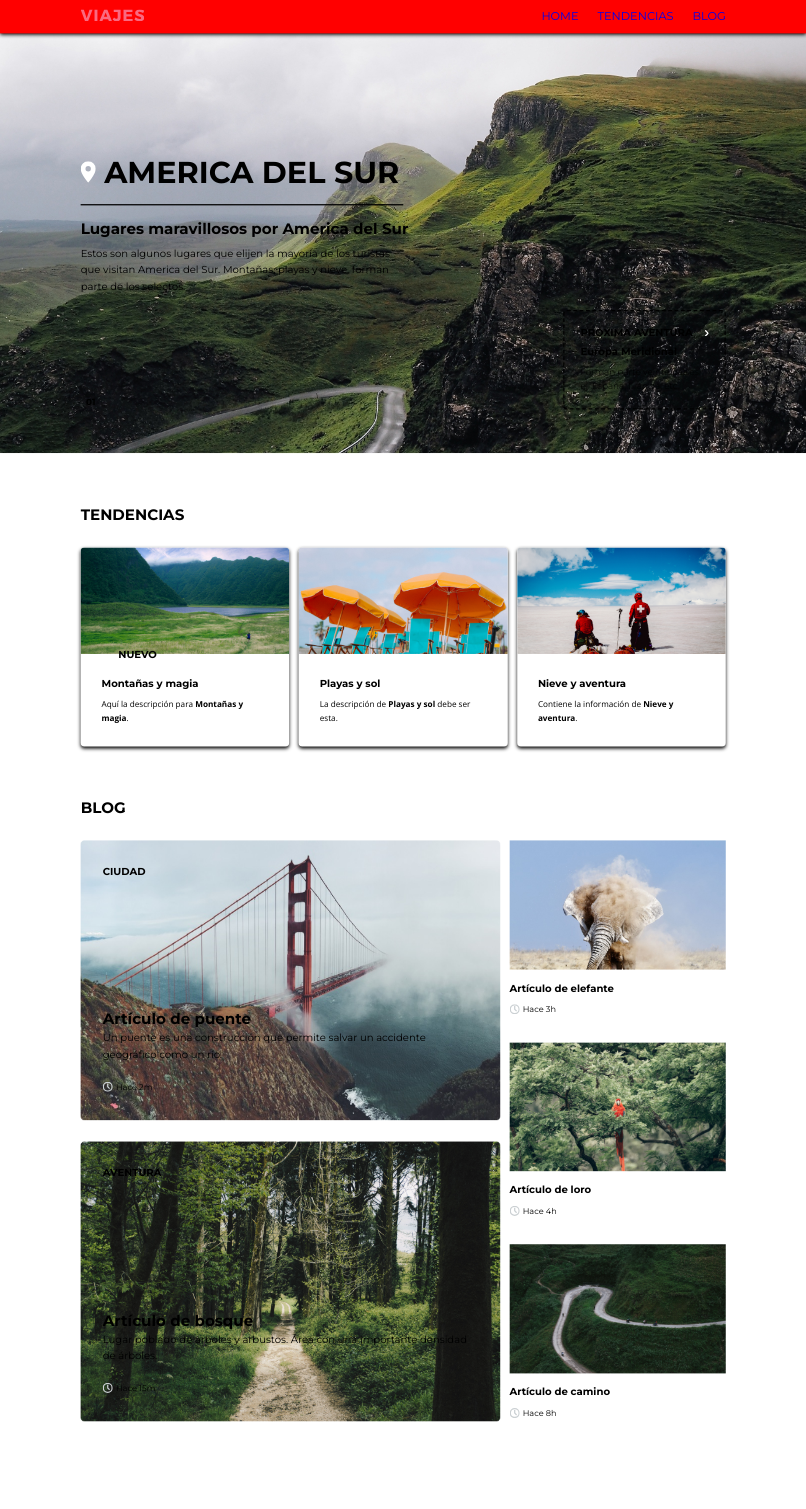
Repository: agustin-mesa/viajes
Page: /
These files come from the project's save history. The page is drawn as it stood at one moment and after the next save; the edit follows.
The browser window is 1280 px wide. The pictures show the whole page, at 63% of full size.
The project was rebuilt for these pictures with package versions that can differ from the ones it lists, and the page was loaded fresh each time. Also part of the build but not shown: src/components/styles/colors.module.scss.

Above is the page before, as saved 2021-11-14 02:12:19.

### public/index.html
<!DOCTYPE html>
<html lang="es">
  <head>
    <meta name="author" content="Mauro Agustín Mesa" />
    <meta charset="utf-8" />
    <meta name="viewport" content="width=device-width, initial-scale=1" />
    <meta name="theme-color" content="#000000" />
    <meta
      name="description"
      content="Web site created using create-react-app"
    />
    <title>React App</title>
  </head>
  <body>
    <noscript>You need to enable JavaScript to run this app.</noscript>
    <div id="root"></div>
  </body>
</html>

### src/index.js
import React from "react";
import ReactDOM from "react-dom";
import App from "./App";
import "./index.css";

const Index = () => {
  return <App />;
};

ReactDOM.render(<Index />, document.getElementById("root"));

### src/App.js
import React from "react";
import Header from "./components/Header";
import Home from "./pages/Home";
import Tendencias from "./pages/Tendencias";
import Blog from "./pages/Blog";
import Footer from "./components/Footer";

const App = () => {
  return (
    <>
      <Header />
      <Home />
      <Tendencias />
      <Blog />
      <Footer />
    </>
  );
};

export default App;

### src/index.css
@import url("https://fonts.googleapis.com/css2?family=Montserrat:wght@100;200;300;400;500;600;700&display=swap");
@import url("https://fonts.googleapis.com/css2?family=Montserrat:wght@100;200;300;400;500;600;700&family=Open+Sans:wght@400;500;600;700&display=swap");

* {
  margin: 0;
  padding: 0;
  list-style: none;
  text-decoration: none;
  border: none;
  outline: none;
  scroll-behavior: smooth;
}

body {
  margin: 0;
  -webkit-font-smoothing: antialiased;
  -moz-osx-font-smoothing: grayscale;
  font-family: "Montserrat", "Open Sans", sans-serif;
}

code {
  font-family: source-code-pro, Menlo, Monaco, Consolas, "Courier New",
    monospace;
}

@media only screen and (max-width: 800px) {
  #root {
    font-size: 14px;
  }
}

### src/components/Header.js
import React, { useState } from "react";
import { useMediaQuery } from "react-responsive";
import styled, { keyframes } from "styled-components";

// Colors
import * as colors from "./styles/colors.module.scss";

// LOGO
import logo from "../Assets/logo/logo_01.svg";

// Iconos
import icHamburguer from "../Assets/iconos/hamburguer_menu.svg";
import icTimesExit from "../Assets/iconos/times_exit.svg";

const Header = () => {
  const [hamburguerMenu, changeHamburguerMenu] = useState(false);

  const isTabletOrMobile = useMediaQuery({ query: "(max-width: 764px)" });

  return (
    <ContainerHeader>
      <nav>
        <div className="nav__logo">
          <a href="#home">
            <img src={logo} alt="Viajes" />
          </a>
        </div>

        <div className="nav__menu">
          {isTabletOrMobile && (
            <img
              src={!hamburguerMenu ? icHamburguer : icTimesExit}
              alt=""
              onClick={() => changeHamburguerMenu(!hamburguerMenu)}
            />
          )}
          {hamburguerMenu && (
            <div
              className="bgAction"
              onClick={() => changeHamburguerMenu(!hamburguerMenu)}
            ></div>
          )}

          <ul
            className={`nav__list ${
              isTabletOrMobile && `${!hamburguerMenu && "off"}`
            }`}
          >
            <li>
              <a href="#home">HOME</a>
            </li>
            <li>
              <a href="#tendencias">TENDENCIAS</a>
            </li>
            <li>
              <a href="#blog">BLOG</a>
            </li>
          </ul>
        </div>
      </nav>
    </ContainerHeader>
  );
};

const showMenu = keyframes`
  0%{
    opacity: 0;
  }
  100%{
    opacity:1;
  }
`;

const ContainerHeader = styled.header`
  position: fixed;
  top: 0;
  left: 0;
  right: 0;
  z-index: 999;
  background: red;
  background: ${colors.white};
  box-shadow: 0px 3px 6px ${colors.blackOpac};
  nav {
    display: flex;
    flex-direction: row;
    justify-content: space-between;
    align-items: center;
    padding: 15px 10%;
  }
  .header__logo a img {
    width: 100px;
  }
  .nav__list {
    display: flex;
    flex-direction: row;
    justify-content: flex-end;
    align-items: center;
  }
  .nav__list li a {
    padding: 15px 15px;
    font: normal normal normal 1.125em/13px Montserrat;
    color: ${colors.blueRelax};
    transition: all 0.2s ease;
  }
  .nav__list li a:hover {
    color: ${colors.darkblue};
  }
  .nav__list li:last-child a {
    padding: 15px 0 15px 15px;
  }

  @media only screen and (max-width: 768px) {
    nav .nav__logo a img {
      width: 80px;
    }
    .nav__menu img {
      position: fixed;
      top: 15px;
      right: 10%;
      z-index: 999;
    }
    .nav__menu .bgAction {
      position: fixed;
      top: 0;
      bottom: 0;
      left: 0;
      right: 0;
      background: ${colors.darkblueOpac};
      animation: ${showMenu} 0.5s ease;
    }
    .nav__list {
      position: fixed;
      top: 0;
      bottom: 0;
      right: 0;
      width: 60%;
      background: ${colors.white};
      flex-direction: column;
      justify-content: flex-start;
      animation: ${showMenu} 0.5s ease;
      align-items: flex-start;
      padding: 70px 0 0;
    }
    .nav__list li {
      padding: 10px;
      width: 100%;
    }
    .nav__list li a {
      padding: 10px;
      color: ${colors.darkblue};
      font: normal normal normal 1.2em/13px Montserrat;
    }
    .nav__list li:last-child a {
      padding: 10px;
    }
    .off {
      display: none;
    }
  }
`;

export default Header;

### src/pages/Home.js
import React from "react";
import styled from "styled-components";

import * as colors from "../components/styles/colors.module.scss";

// IMG
import viajesHero from "../Assets/img/Viajes_Hero.jpg";
import icPin from "../Assets/iconos/ic_pin.svg";
import icArrow from "../Assets/iconos/arrow.svg";

// Importo etiquetas default con estilos propios
import { Parrafo, Span, H3, H5 } from "../components/styles/stylesDefault";

const Home = () => {
  return (
    <ContainerHome id="home">
      <HeroWrapper>
        <div className="hero__title">
          <h1>
            <img src={icPin} alt="Pin" /> AMERICA DEL SUR
          </h1>
          <hr />
          <H3 color="white">Lugares maravillosos por America del Sur</H3>
          <Parrafo>
            Estos son algunos lugares que elijen la mayoría de los turistas que
            visitan America del Sur. Montañas, playas y nieve, forman parte de
            los selectos.
          </Parrafo>
        </div>
        <div className="hero__info">
          <H5>
            PRÓXIMA AVENTURA <img src={icArrow} alt="Arrow" />
          </H5>
          <Span color="white">Europa Meridional</Span>
          <p>
            Forman parte veinte países. <br />
            ej. España, Francia, etc.
          </p>
        </div>
      </HeroWrapper>
      <div className="slider">
        <span>01</span>
      </div>
    </ContainerHome>
  );
};

const ContainerHome = styled.div`
  width: 100%;
  height: 100vh;
  background-image: url(${viajesHero});
  background-size: cover;
  background-position: center;

  .slider {
    position: absolute;
    width: 13%;
    bottom: 60px;
    display: flex;
    align-items: center;
    justify-content: flex-end;
    z-index: 1;
    span {
      display: flex;
      align-items: center;
      justify-content: center;
      width: 45px;
      height: 45px;
      background: ${colors.white};
      border-radius: 50px;
      font: normal normal bold 0.875em/22px Montserrat;
    }
    span::after {
      content: "";
      position: absolute;
      width: 70px;
      height: 70px;
      background: ${colors.whiteOpac};
      border-radius: 50px;
      z-index: -2;
    }
    span::before {
      content: "";
      position: absolute;
      left: 0;
      width: 100%;
      height: 5px;
      background: ${colors.pink};
      z-index: -1;
    }
  }
  @media only screen and (max-width: 920px) {
    .slider {
      width: 20%;
    }
  }
  @media only screen and (max-width: 480px) {
    .slider span {
      width: 35px;
      height: 35px;
    }
    .slider span::after {
      width: 50px;
      height: 50px;
    }
  }
`;

const HeroWrapper = styled.div`
  position: absolute;
  top: 0;
  bottom: 0;
  left: 10%;
  right: 10%;
  display: flex;
  align-items: center;

  .hero__title {
    display: flex;
    align-items: flex-start;
    justify-content: center;
    flex-direction: column;
    color: ${colors.white};

    h1 {
      font: normal normal bold 3em/42px Montserrat;
    }
    hr {
      width: 50%;
      border-bottom: 2px solid ${colors.white};
      margin: 30px 0 20px;
      background: ${colors.white};
    }
  }

  .hero__info {
    position: absolute;
    right: 0;
    bottom: 70px;
    background: ${colors.darkblueOpac} 0% 0% no-repeat padding-box;
    border: 2px dashed ${colors.whiteOpac};
    border-radius: 6px;
    padding: 25px;

    p {
      font: normal normal 300 0.875em/22px Montserrat;
      color: ${colors.white};
      margin: 10px 0 0;
    }
  }

  @media only screen and (max-width: 800px) {
    .hero__info {
      display: none;
    }
    .hero__title p {
      width: 80%;
    }
    .hero__title hr {
      width: 85%;
    }
  }
  @media only screen and (max-width: 650px) {
    .hero__info,
    .hero__title p {
      display: none;
    }
    .hero__title hr {
      width: 85%;
    }
  }
  @media only screen and (max-width: 580px) {
    .hero__title h1 {
      font: normal normal bold 1.7em/42px Montserrat;
    }
    .hero__title h1 img {
      width: 12px;
    }
    .hero__title h3 {
      font: normal normal bold 1.4em/34px Montserrat;
    }
    .hero__title hr {
      width: 100%;
      margin: 15px 0 20px;
    }
  }
`;

export default Home;

### src/pages/Tendencias.js
import React from "react";
import styled from "styled-components";

// Colors
import * as colors from "../components/styles/colors.module.scss";

// IMG
import card01 from "../Assets/img/card_01.png";
import card02 from "../Assets/img/card_02.png";
import card03 from "../Assets/img/card_03.png";

// Importo etiquetas default con estilos propios
import { H3 } from "../components/styles/stylesDefault";

// Components
import TendenciaItem from "../components/TendenciaItem";

const Tendencias = () => {
  // Simulo una base de datos para luego imprimir cada CARD.
  // Aunque también se podría hacer manualmente usando el componente
  // TendenciaItem y usar sus props, pero la manera más eficiente es el de
  // simular una base de datos; tranquilamente se muestra cada CARD con tan solo
  // agregar un objeto más dentro del array.
  const tendencias = [
    {
      src: card01,
      isNew: true,
      titulo: "Montañas y magia",
      descripcion: (
        <>
          Aquí la descripción para <b>Montañas y magia</b>.
        </>
      ),
    },
    {
      src: card02,
      isNew: false,
      titulo: "Playas y sol",
      descripcion: (
        <>
          La descripción de <b>Playas y sol</b> debe ser esta.
        </>
      ),
    },
    {
      src: card03,
      isNew: false,
      titulo: "Nieve y aventura",
      descripcion: (
        <>
          Contiene la información de <b>Nieve y aventura</b>.
        </>
      ),
    },
  ];

  return (
    <ContainerTendencias id="tendencias">
      <div className="tendencias">
        <div className="tendencias__header">
          <H3 color="darkblue">TENDENCIAS</H3>
        </div>
        <div className="tendencias__body">
          {tendencias.map((tendencia, i) => {
            return (
              <TendenciaItem
                src={tendencia.src}
                nuevo={tendencia.isNew}
                titulo={tendencia.titulo}
                descripcion={tendencia.descripcion}
                key={i}
              />
            );
          })}
        </div>
      </div>
    </ContainerTendencias>
  );
};

const ContainerTendencias = styled.section`
  padding: 80px 10%;
  background: ${colors.grey};

  .tendencias__body {
    display: grid;
    grid-template-columns: repeat(3, 1fr);
    grid-template-rows: auto;
    row-gap: 40px;
    -moz-column-gap: 15px;
    column-gap: 15px;

    margin: 35px 0 0;

    div:last-child {
      margin: 0;
    }
  }
  .tendencias__header {
    width: 100%;
  }

  @media only screen and (max-width: 800px) {
    .tendencias__body {
      grid-template-columns: repeat(2, 1fr);
      .tendencia-item:nth-child(3) {
        display: none;
      }
    }
  }
  @media only screen and (max-width: 600px) {
    .tendencias__body {
      grid-template-columns: repeat(1, 1fr);
      .tendencia-item:nth-child(2) {
        display: none;
      }
    }
  }
`;

export default Tendencias;

### src/pages/Blog.js
import React from "react";
import styled from "styled-components";

// Colors
import * as colors from "../components/styles/colors.module.scss";

// IMG
import artBig01 from "../Assets/img/articulo_big_01.png";
import artBig02 from "../Assets/img/articulo_big_02.png";
import artSmall01 from "../Assets/img/articulo_small_01.png";
import artSmall02 from "../Assets/img/articulo_small_02.png";
import artSmall03 from "../Assets/img/articulo_small_03.png";

// Importo etiquetas default con estilos propios
import { H3 } from "../components/styles/stylesDefault";

// Components
import BigNewItem from "../components/BigNewItem";
import SmallNewItem from "../components/SmallNewItem";

const Blog = () => {
  const articulosBig = [
    {
      src: artBig01,
      tipo: "CIUDAD",
      titulo: "Artículo de puente",
      descripcion:
        "Un puente es una construcción que permite salvar un accidente geográfico como un río.",
      time: "2m",
    },
    {
      src: artBig02,
      tipo: "AVENTURA",
      titulo: "Artículo de bosque",
      descripcion:
        "Lugar poblado de árboles y arbustos. Área con una importante densidad de árboles.",
      time: "15m",
    },
  ];

  const articulosSmall = [
    {
      src: artSmall01,
      titulo: "Artículo de elefante",
      time: "3h",
    },
    {
      src: artSmall02,
      titulo: "Artículo de loro",
      time: "4h",
    },
    {
      src: artSmall03,
      titulo: "Artículo de camino",
      time: "8h",
    },
  ];

  return (
    <ContainerBlog id="blog">
      <div className="blog__header">
        <H3 color="darkblue">BLOG</H3>
      </div>
      <div className="blog__body">
        <div className="body__article">
          {articulosBig.map((articulo, i) => {
            return (
              <BigNewItem
                src={articulo.src}
                tipo={articulo.tipo}
                titulo={articulo.titulo}
                descripcion={articulo.descripcion}
                time={articulo.time}
                key={i}
              />
            );
          })}
        </div>
        <div className="body__article2">
          {articulosSmall.map((articulo, i) => {
            return (
              <SmallNewItem
                src={articulo.src}
                titulo={articulo.titulo}
                time={articulo.time}
                key={i}
              />
            );
          })}
        </div>
      </div>
    </ContainerBlog>
  );
};

const ContainerBlog = styled.section`
  position: relative;
  padding: 0 10% 40px;
  background: linear-gradient(180deg, ${colors.grey} 20%, ${colors.white} 0%);

  .blog__body {
    display: grid;
    grid-template-columns: 65% 1fr;
    grid-template-rows: auto;
    row-gap: 40px;
    -moz-column-gap: 15px;
    column-gap: 15px;
    margin: 35px 0 0;
  }
  .body__article {
    display: flex;
    flex-direction: column;
    width: 100%;
  }
  .body__article2 {
    display: grid;
    grid-template-rows: auto 1fr;
    row-gap: 40px;
  }
  article:last-child {
    margin: 0;
  }
  @media only screen and (max-width: 800px) {
    .blog__header {
      padding: 0 10%;
    }
    .blog__body {
      grid-template-columns: repeat(1, 1fr);
    }
    .body__article2 {
      display: none;
    }
  }
  @media only screen and (max-width: 600px) {
    & {
      padding: 0 0 60px;
    }
    .body__article {
      overflow: hidden;
    }
    .body__article article {
      overflow: hidden;
      height: 430px;
      display: flex;
      justify-content: center;
    }
  }
`;

export default Blog;

### src/components/Footer.js
import React from "react";
import styled from "styled-components";

// Colors
import * as colors from "../components/styles/colors.module.scss";

// IMG
import logo from "../Assets/logo/logo_02.svg";
import icFacebook from "../Assets/iconos/facebook.svg";
import icInstagram from "../Assets/iconos/instagram.svg";

const Footer = () => {
  return (
    <ContainerFooter>
      <div>
        <img src={logo} alt="Viajes" />
      </div>
      <div className="redes">
        <img src={icInstagram} alt="Instagram" />
        <img src={icFacebook} alt="Facebook" />
      </div>
    </ContainerFooter>
  );
};

const ContainerFooter = styled.footer`
  background: ${colors.darkblue};
  padding: 40px 10%;
  display: flex;
  align-items: center;
  justify-content: space-between;

  .redes img:first-child {
    margin: 0 20px;
  }
  @media only screen and (max-width: 600px) {
    & {
      padding: 30px 10%;
    }
  }
`;

export default Footer;

### src/components/styles/stylesDefault.js
import styled from "styled-components";

// Colors
import * as colors from "./colors.module.scss";

const Parrafo = styled.p`
  margin: 10px 0 0;
  font: normal normal normal 1em/26px Montserrat;
  width: 50%;
  color: ${colors.white};
`;

const H3 = styled.h3`
  font: normal normal bold 1.5em/34px Montserrat;
  color: ${(props) => {
    if (props.color === "white") return colors.white;
    if (props.color === "darkblue") return colors.darkblue;
  }};
`;

const H5 = styled.h5`
  font: normal normal bold 1em/20px Montserrat;
  color: ${colors.pink};
  margin: 0 0 10px;
  img {
    margin: 0 0 0 15px;
  }
`;

const Span = styled.span`
  font: normal normal bold 1em/20px Montserrat;
  color: ${(props) => {
    if (props.color === "white") return colors.white;
    if (props.color === "darkblue") return colors.darkblue;
  }};
`;

export { Parrafo, Span, H3, H5 };

### src/components/TendenciaItem.js
import React from "react";
import styled from "styled-components";

// Colors
import * as colors from "./styles/colors.module.scss";

import { Span } from "./styles/stylesDefault";

const TendenciaItem = ({ src, nuevo, titulo, descripcion }) => {
  return (
    <TenItem className="tendencia-item">
      <div className="tendencia-item__img">
        <img src={src} alt={titulo} />
      </div>
      <div className="tendencia-item__new">{nuevo && <span>NUEVO</span>}</div>
      <div className="tendencia-item__descrip">
        <Span color="darkblue">{titulo}</Span>
        <p>{descripcion}</p>
      </div>
    </TenItem>
  );
};

const TenItem = styled.div`
  background: ${colors.white} 0% 0% no-repeat padding-box;
  box-shadow: 0px 3px 6px ${colors.blackOpac};
  border-radius: 6px;
  margin: 0 16px 0 0;
  width: 100%;
  overflow: hidden;

  .tendencia-item__img img {
    width: 100%;
  }
  .tendencia-item__new {
    width: 100%;
    position: relative;
  }

  .tendencia-item__new span {
    position: absolute;
    top: -20px;
    left: 15%;
    background: ${colors.pink};
    border-radius: 6px;
    padding: 10px;
    font: normal normal bold 1em/13px Montserrat;
    color: ${colors.white};
  }
  .tendencia-item__descrip {
    padding: 10%;
  }
  .tendencia-item__descrip p {
    font: normal normal normal 0.8125em/23px Open Sans;
    color: ${colors.greyBlue};
    margin: 10px 0 0;
  }
`;

export default TendenciaItem;

### src/components/BigNewItem.js
import React from "react";
import styled from "styled-components";

// Importo etiquetas default con estilos propios
import { Span, H3, Parrafo } from "../components/styles/stylesDefault";
import Time from "./Time";

const BigNewItem = ({ src, tipo, titulo, descripcion, time }) => {
  return (
    <NewItemBig>
      <img className="img__bg" src={src} alt={titulo} />
      <div className="newItem__info">
        <div className="info__header">
          <Span color="white">{tipo}</Span>
        </div>
        <div className="info__body">
          <H3 color="white">{titulo}</H3>
          <Parrafo>{descripcion}</Parrafo>
          <Time time={time} />
        </div>
      </div>
    </NewItemBig>
  );
};

const NewItemBig = styled.article`
  position: relative;
  border-radius: 6px;
  width: 100%;
  height: 100%;
  margin: 0 0 5%;

  .img__bg {
    width: 100%;
    max-width: 850px;
    height: 100%;
  }
  .newItem__info {
    position: absolute;
    top: 40px;
    left: 35px;
    right: 35px;
    bottom: 40px;
    display: flex;
    flex-direction: column;
    justify-content: space-between;
  }
  .info__body p {
    width: 100%;
    margin: 0 0 25px;
  }

  @media only screen and (max-width: 600px) {
    .img__bg {
      width: auto;
    }
  }

  @media only screen and (max-width: 530px) {
    .info__body p {
      display: none;
    }
  }
`;

export default BigNewItem;

### src/components/SmallNewItem.js
import React from "react";
import styled from "styled-components";

// Importo etiquetas default con estilos propios
import { Span } from "../components/styles/stylesDefault";

// Components
import Time from "./Time";

const SmallNewItem = ({ src, titulo, time }) => {
  return (
    <NewItemSmall>
      <img className="img__bg" src={src} alt={titulo} />
      <Span className="titulo" color="darkblue">
        {titulo}
      </Span>
      <Time time={time} />
    </NewItemSmall>
  );
};

const NewItemSmall = styled.article`
  display: flex;
  align-items: start;
  justify-content: center;
  flex-direction: column;
  span.titulo {
    margin: 20px 0 10px;
  }
  .img__bg {
    width: 100%;
  }
`;

export default SmallNewItem;

### src/components/Time.js
import React from "react";
import styled from "styled-components";

// Colors
import * as colors from "./styles/colors.module.scss";

// IMG
import icTime from "../Assets/iconos/time.svg";

const Time = ({ time }) => {
  return (
    <Timer>
      <img src={icTime} alt="Time" /> Hace {time}
    </Timer>
  );
};

const Timer = styled.span`
  display: flex;
  align-items: center;
  font: normal normal normal 0.8125em/26px Montserrat;
  color: ${colors.blueRelax};
  img {
    margin: 0 5px 0 0;
  }
`;
export default Time;

After the next save:
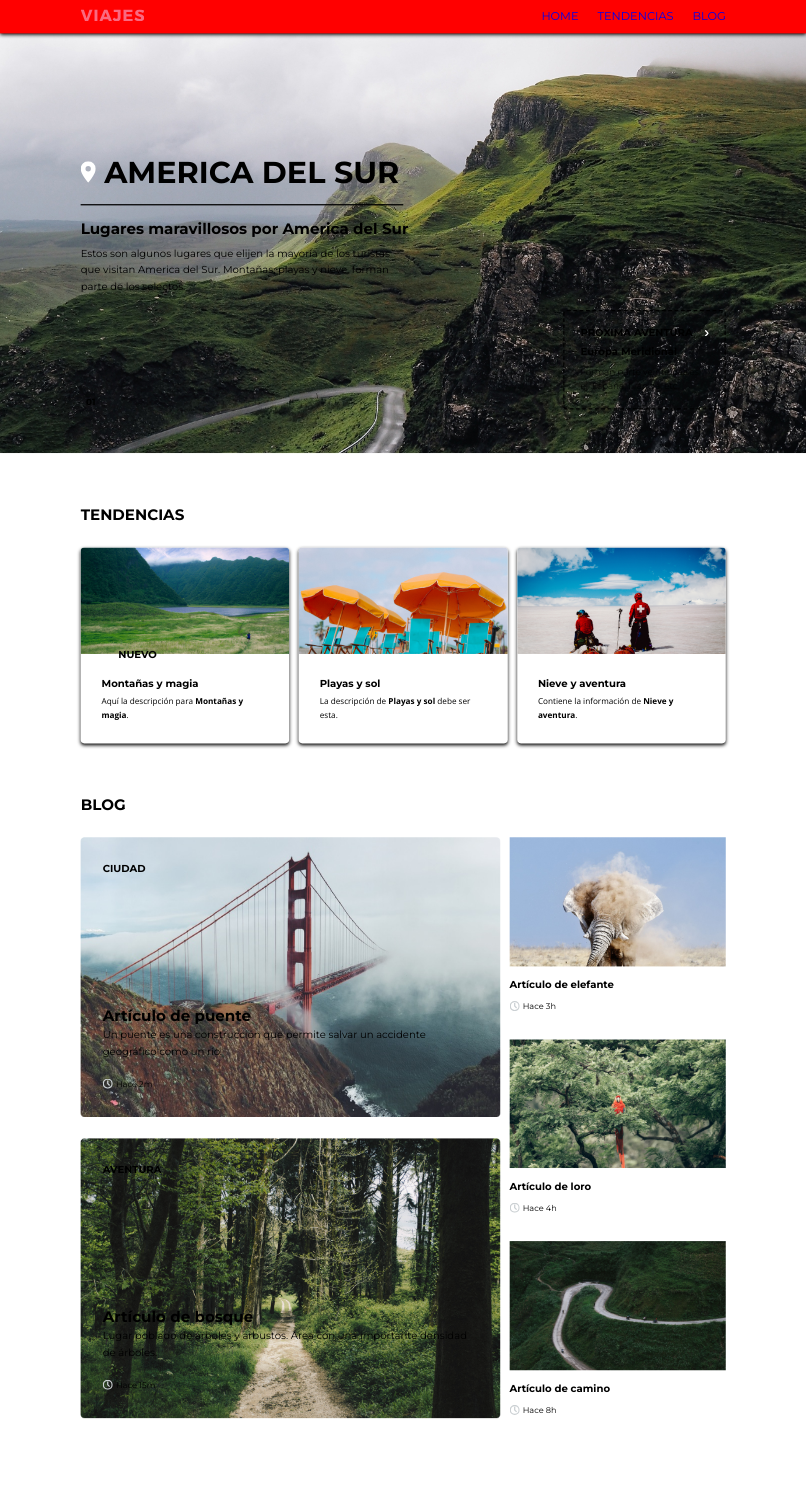
Saved 39 s later.
--- a/src/components/TendenciaItem.js
+++ b/src/components/TendenciaItem.js
@@ -53,7 +53,7 @@ const TenItem = styled.div`
   .tendencia-item__descrip p {
     font: normal normal normal 0.8125em/23px Open Sans;
     color: ${colors.greyBlue};
-    margin: 10px 0 0;
+    margin: 5px 0 0;
   }
 `;
 
